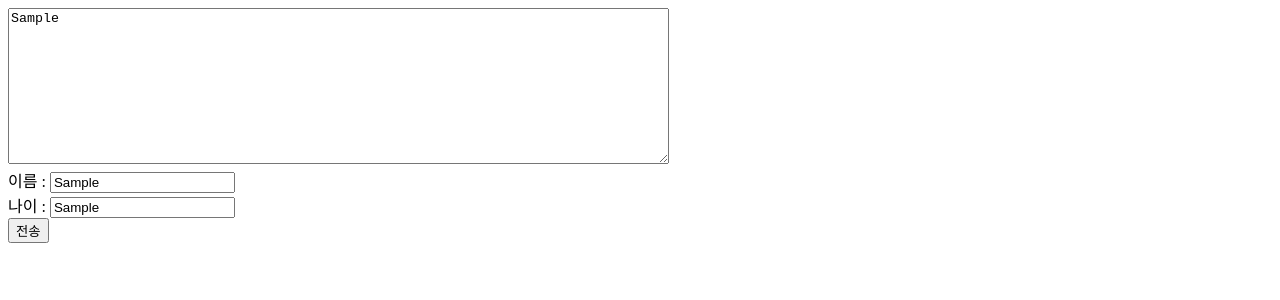
Repository: chopilyeon/JavaWeb
Page: LectureWeb/src/main/webapp/ajax/exam02.html
An editor plug-in stored every save of this project. The page is shown before and after the next save, followed by the edit.
The browser window is 1280 px wide. The pictures show the whole page.
Empty fields were first filled with sample values (such as "Sample", 5 or name@example.com).
After loading, the first visible `button` was clicked once.

Above is the page before, as saved 2022-05-31 05:00:55.

After the next save:
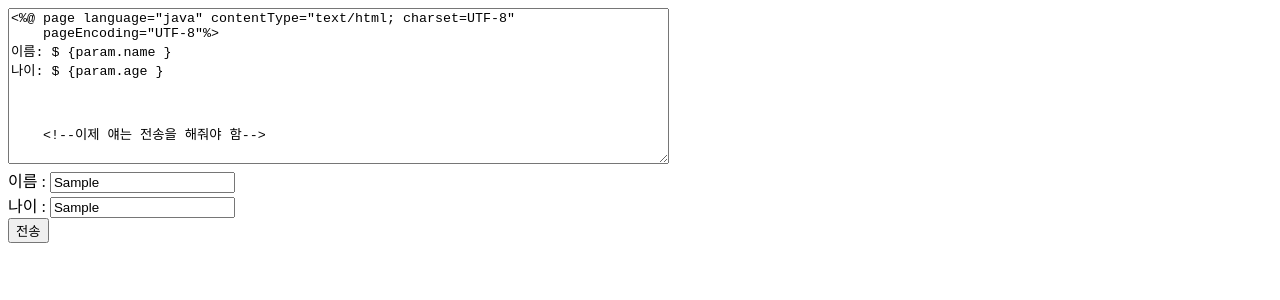
Saved 7 min 41 s later.
--- a/LectureWeb/src/main/webapp/ajax/exam02.html
+++ b/LectureWeb/src/main/webapp/ajax/exam02.html
@@ -12,7 +12,8 @@ $(document).ready(function(){
 		url:'param.jsp' //jsp 파일을 요청해서 내가 받을 것이다! tomcat server에다가 지금 통신중임 wtpwebapps에 있는 param.jsp를 찾는 것임.
 		,type:'get'
 		,data:'name=hong&age=25'
-		,success:function(){
+		,success:function(data){
+			$('#msgView').val(data) //textarea에 값을 넣고 싶으면?
 			alert('성공')
 		},error:function(){
 			alert('실패')
